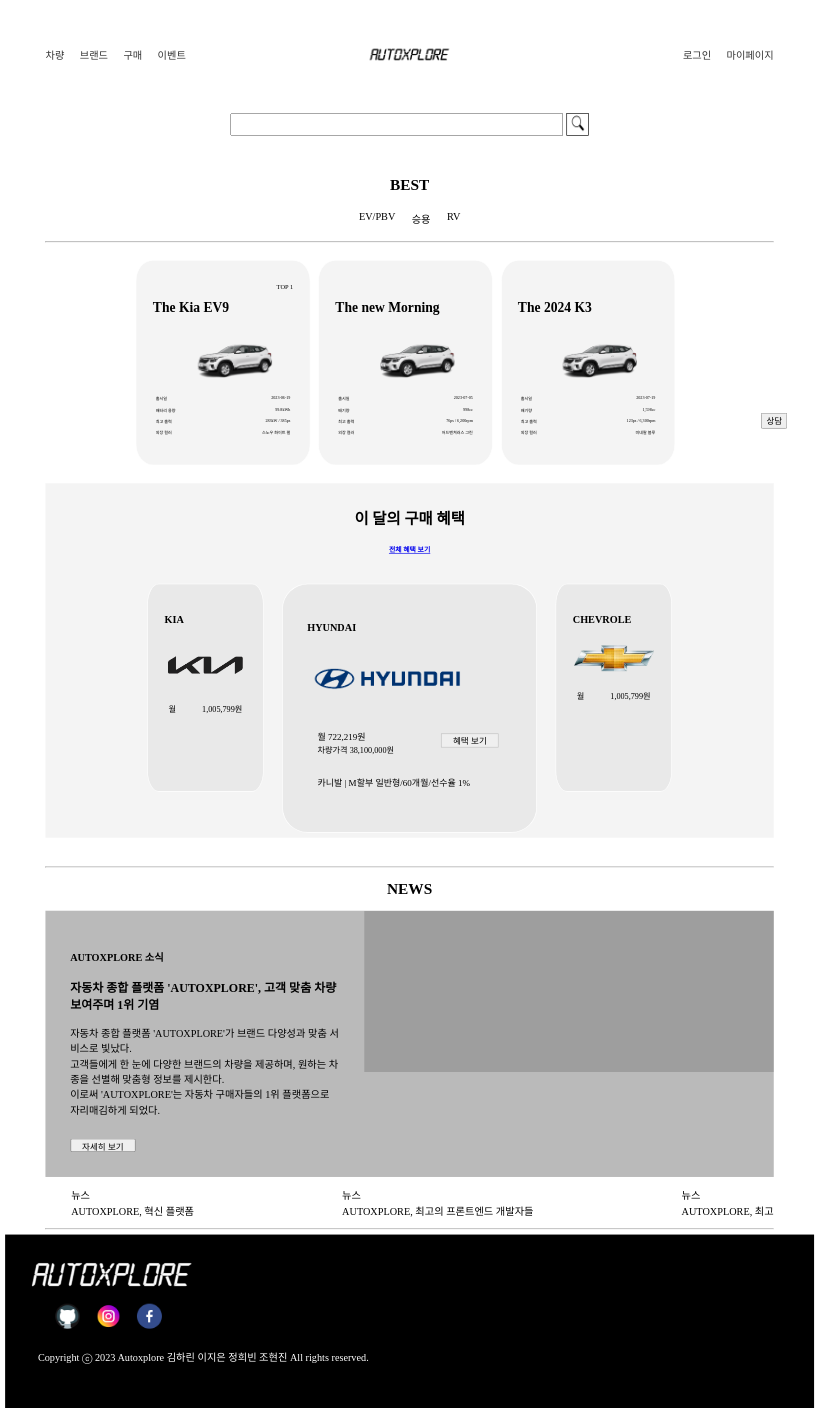
Repository: Autoxplore/Autoxplore
Page: mainPage.html
These files come from the project's save history. The page is drawn as it stood at one moment and after the next save; the edit follows.
The browser window is 1280 px wide. The pictures show the whole page, at 64% of full size.
Pictures or frames that could not be fetched are drawn as grey boxes.

Above is the page before, as saved 2023-08-03 19:21:09.

After the next save:
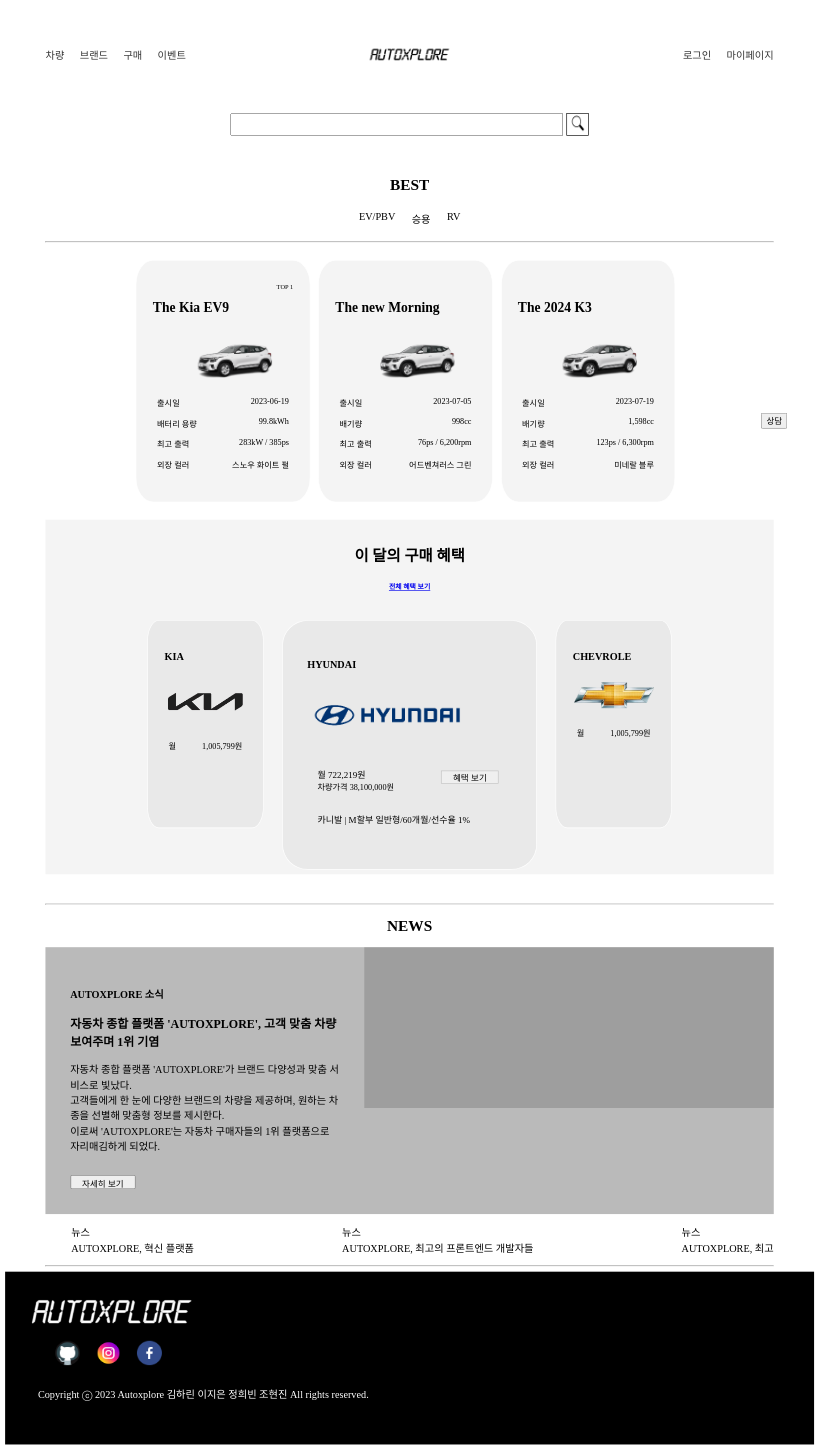
Saved 15 s later.
--- a/harin_css/mainPage.css
+++ b/harin_css/mainPage.css
@@ -625,9 +625,6 @@
         display: flex;
         flex-direction: row;
         justify-content: space-between;
-        padding: 2%;
-        margin : 0;
-        font-size: 0.5vw;
     }
 
     /* 이 달의 구매 혜택 섹션 */
